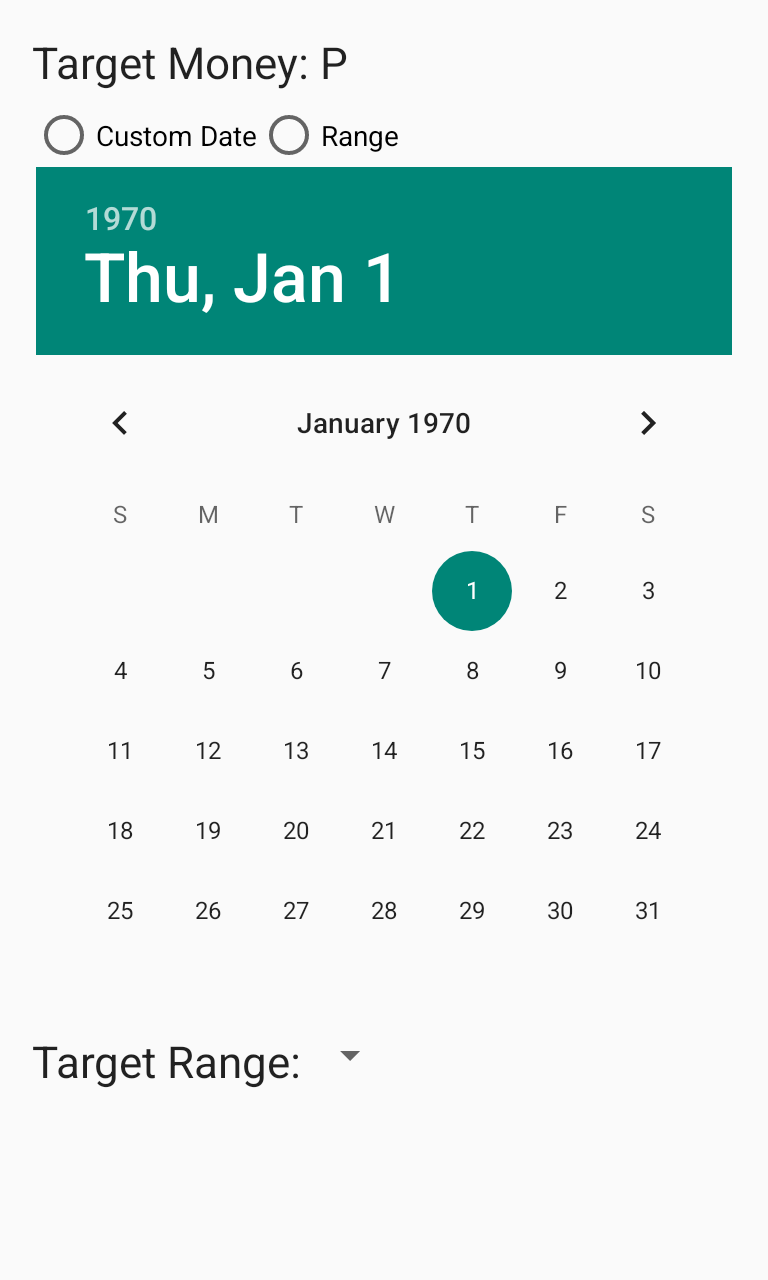
Repository: japheth-starita/SavingsApp
Layout: SavingsApp/res/layout/activity_preferences.xml
An editor plug-in stored every save of this project. The layout is shown before and after the next save, followed by the edit.
It is drawn on a 768 x 1280 px phone screen (xhdpi) without system bars, with theme AppTheme; the app's code is not run.

Above is the layout before, as saved 2016-01-30 09:02:02.

### SavingsApp/res/layout/activity_preferences.xml
<RelativeLayout xmlns:android="http://schemas.android.com/apk/res/android"
    xmlns:tools="http://schemas.android.com/tools"
    android:layout_width="match_parent"
    android:layout_height="match_parent"
    android:paddingBottom="@dimen/activity_vertical_margin"
    android:paddingLeft="@dimen/activity_horizontal_margin"
    android:paddingRight="@dimen/activity_horizontal_margin"
    android:paddingTop="@dimen/activity_vertical_margin"
    tools:context="com.cobaltsteel.savingsapp.PreferencesActivity" >

    <TextView
        android:id="@+id/lblTargetMoney"
        android:layout_width="wrap_content"
        android:layout_height="wrap_content"
        android:textAppearance="?android:attr/textAppearanceLarge"
        android:text="Target Money: P" />

    <EditText
        android:id="@+id/txtTargetMoney"
        android:layout_height="wrap_content"
        android:layout_alignBaseline="@+id/lblTargetMoney"
        android:layout_toRightOf="@+id/lblTargetMoney"
        android:layout_centerHorizontal="true"
        android:inputType="number">
        <requestFocus />
    </EditText>


    <RadioGroup
    android:id="@+id/rbgrpSetting"
    android:layout_width="fill_parent"
    android:layout_height="wrap_content"
    android:orientation="horizontal"
    android:layout_below="@+id/txtTargetMoney">
    <RadioButton android:id="@+id/rbDate"
        android:layout_width="wrap_content"
        android:layout_height="wrap_content"
        android:text="Custom Date"
        android:onClick="onRadioButtonClicked"/>
    <RadioButton android:id="@+id/rbRange"
        android:layout_width="wrap_content"
        android:layout_height="wrap_content"
        android:text="Range"
        android:onClick="onRadioButtonClicked"/>
	</RadioGroup>

   <DatePicker
        android:id="@+id/dptargetDate"
        android:layout_width="wrap_content"
        android:layout_height="wrap_content"
        android:layout_below="@+id/rbgrpSetting"
        android:layout_centerHorizontal="true" />

    <TextView
        android:id="@+id/lblTargetRange"
        android:layout_width="wrap_content"
        android:layout_height="wrap_content"
        android:layout_below="@+id/dptargetDate"
        android:textAppearance="?android:attr/textAppearanceLarge"
        android:text="Target Range:" />

    <Spinner
        android:id="@+id/spTargetRange"
        android:layout_width="wrap_content"
        android:layout_height="wrap_content"
        android:layout_below="@+id/dptargetDate"
        android:layout_toRightOf="@+id/lblTargetRange" />

</RelativeLayout>

Loaded but not shown: SavingsApp/res/values/styles.xml (common file); SavingsApp/res/values-v11/styles.xml (common file); SavingsApp/res/values-v14/styles.xml (common file); SavingsApp/res/values/dimens.xml (common file); SavingsApp/res/values-w820dp/dimens.xml (common file)

After the next save:
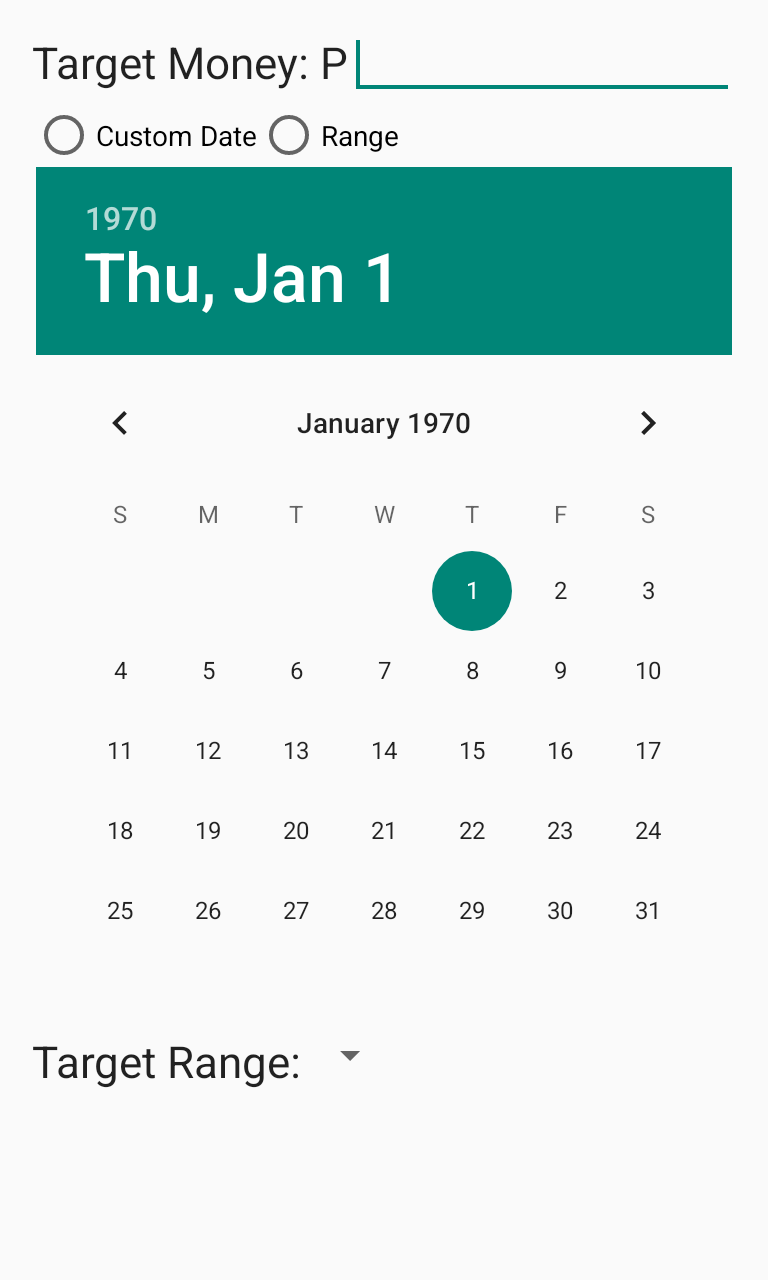
Saved 19 s later.
--- a/SavingsApp/res/layout/activity_preferences.xml
+++ b/SavingsApp/res/layout/activity_preferences.xml
@@ -17,6 +17,7 @@
 
     <EditText
         android:id="@+id/txtTargetMoney"
+        android:layout_width="fill_parent"
         android:layout_height="wrap_content"
         android:layout_alignBaseline="@+id/lblTargetMoney"
         android:layout_toRightOf="@+id/lblTargetMoney"
